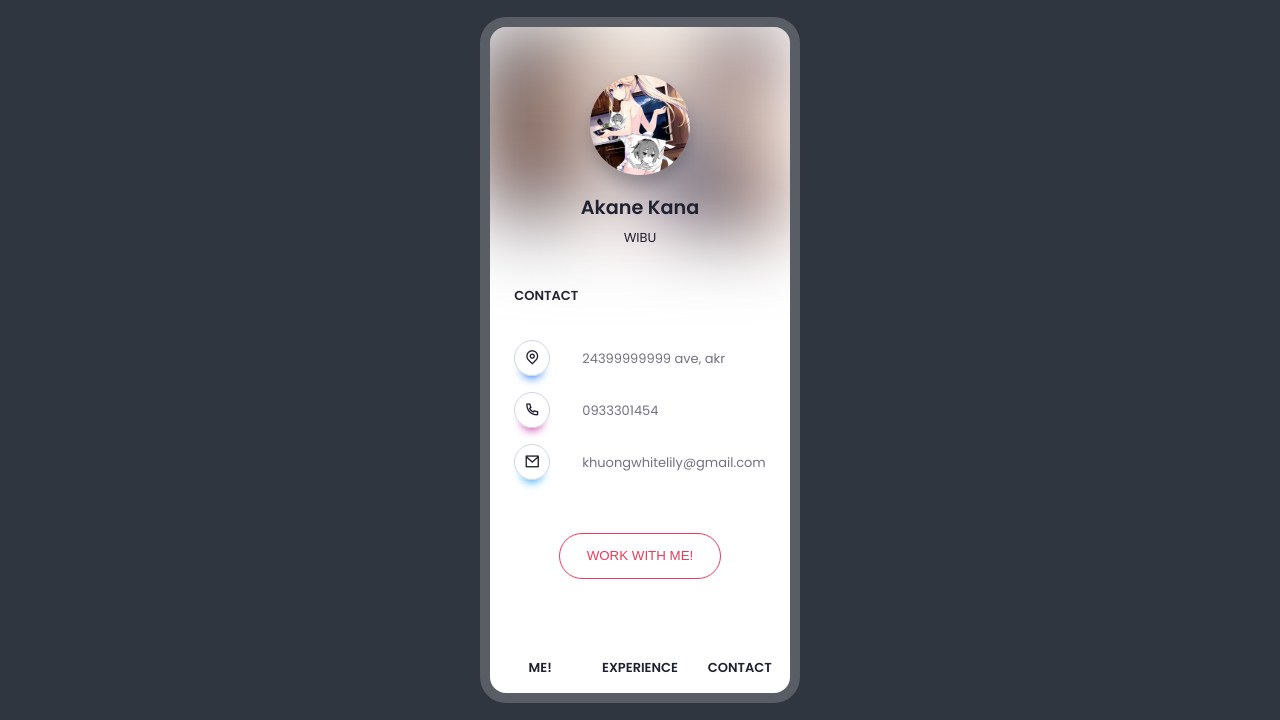
Repository: AkaneKana/AkaneKana
Page: index.html
The author's editor kept a copy of each file at every save. The page is drawn from the files as they stood at one save, then again after a run of saves.
The browser window is 1280 px wide. The pictures show the whole page.
Some web libraries are served in a nearby version.

Above is the page before, as saved 2023-05-19 17:14:47.

### index.html
<!DOCTYPE html>
<html lang="en">
<head>
  <meta charset="UTF-8">
  <meta http-equiv="X-UA-Compatible" content="IE=edge">
  <meta name="viewport" content="width=device-width, initial-scale=1.0">
  <title>Profle Card</title>
  <link rel="stylesheet" href="style.css">
  <link href="https://cdn.jsdelivr.net/npm/remixicon@3.2.0/fonts/remixicon.css" rel="stylesheet">
</head>
<body>
  <div id="page" class="site">
    <div class="container">
      <div class="card">
        <header>
          <div class="thumbnail">
            <img src="assets/image.jpg" alt="">
          </div>
          <div class="meta">
            <h3>Akane Kana</h3>
            <h4>Wibu</h4>
          </div>
        </header>
        <section>
          <div id="me" class="me">
            <h4 class="section-title">About me</h4>
            <p>Lorem ipsum dolor sit amet consectetur, adipisicing elit. Alias numquam in eligendi quibusdam debitis excepturi architecto porro! Qui, iusto aliquam. Est iusto tenetur velit ab iste modi aliquid incidunt ea?</p>
            <div class="socials">
              <ul>
                <li><a href="#"><i class="ri-facebook-fill"></i></a></li>
                <li><a href="#"><i class="ri-discord-fill"></i></a></li>
                <li><a href="#"><i class="ri-github-fill"></i></a></li>
              </ul>
            </div>
          </div>

          <div id="roadmap" class="roadmap">
            <h4 class="section-title">Experiences</h4>
            <input type="checkbox" id="showmore">
            <label for="showmore">
             <span>Show more <i class="ri-arrow-down-s-line"></i></span>
             <span>Show less <i class="ri-arrow-up-s-line"></i></span>
            </label>

            <ul>
              <li>
                <span>2010</span>
                <div class="section-title">Web design</div>
                <p>Lorem ipsum dolor sit amet, consectetur adipisicing elit. Necessitatibus repellendus laudantium a qui perferendis illum, provident eaque delectus eos, molestias rem exercitationem veniam? A illum adipisci id, voluptate odio voluptates!</p>
              </li>
              <li>
                <span>2012</span>
                <div class="section-title">Graphic</div>
                <p>Lorem ipsum dolor sit amet, consectetur adipisicing elit. Necessitatibus repellendus laudantium a qui perferendis illum, provident eaque delectus eos, molestias rem exercitationem veniam? A illum adipisci id, voluptate odio voluptates!</p>
              </li>
              <li>
                <span>2016</span>
                <div class="section-title">Google design</div>
                <p>Lorem ipsum dolor sit amet, consectetur adipisicing elit. Necessitatibus repellendus laudantium a qui perferendis illum, provident eaque delectus eos, molestias rem exercitationem veniam? A illum adipisci id, voluptate odio voluptates!</p>
              </li>
            </ul>
          </div>

          <div id="contact" class="contact active">
            <h4 class="section-title">Contact</h4>
            <div class="socials">
              <ul>
                <li>
                  <a href="#"><i class="ri-map-pin-line"></i></a>
                  <p>24399999999 ave, akr </p>
                </li>
                <li>
                  <a href="https://wa.me/0933301454"><i class="ri-phone-line"></i></a>
                  <p>0933301454</p>
                </li>
                <li>
                  <a href="#mailto:khuongwhitelily@gmail.com"><i class="ri-mail-line"></i></a></a>
                  <p>khuongwhitelily@gmail.com</p>
                </li>
              </ul>
            </div>
            <button>Work with me!</button>
          </div>
        </section>
        <footer>
          <nav>
            <a href="#">Me!</a>
            <a href="#">Experience</a>
            <a href="#">Contact</a>
            <span></span>
          </nav>
        </footer>
      </div>
    </div>
  </div>

  <script src="script.js"></script>
</body>
</html>

### style.css
@import url('https://fonts.googleapis.com/css2?family=Poppins:wght@400;600;800&display=swap');
:root{
  --primary-color: #eb3b5a;
  --white-color: #ffffff;
  --light-color: #ced6e0;
  --grey-color: #737181;
  --dark-color: #202130;

  --shadow: 0 10px 10px -8px;
}

*{
  margin: 0;
  padding: 0;
}

*,::before,::after {
  box-sizing: border-box;
}

body{
  font-family: 'Poppins';
  font-size: 16px;
  font-weight: 400;
  line-height: 1.8;
  color: var(--dark-color);
  background-color: #2f3640;
}

a {
  text-decoration: none;
  color: inherit;
}

ul{
  list-style: none;
}

img{
  max-width: 100%;
  vertical-align: middle;
}

.site{
  display: flex;
  align-items: center;
  justify-content: center;
  height: 100vh;
}

.container{
  max-width: 1024px;
  padding: 0 2em;
  margin: 0 auto;
}

.card{
  max-width: 350px;
  background-color: var(--white-color);
  border-radius: 1em;
  box-shadow: 0 0 0 10px rgb(255 255 255 /20%);
  overflow: hidden;
}

.card header {
  position: relative;
  height: 225px;
  padding-top: 3em;
  margin-bottom: 2em;
}

.card header::before {
  content: '';
  position: absolute;
  top: 0;
  left: 0;
  background: url(assets/image.jpg);
  background-size: cover;
  width: 100%;
  height: 200px;
  z-index: 0;
  filter: blur(40px);
}

.card header > * {
  position: relative;
  left: 50%;
  transform: translateX(-50%);
}

.card header .meta {
  text-align: center;
  margin-top: 1em;
  width: max-content;
}

.card header h3 {
  font-size: 1.2em;
  font-weight: 600;
}

.card header h4 {
  font-size: 0.813em;
  font-weight: 400;
  text-transform: uppercase;
}

.card .thumbnail {
  width: 100px;
  height: 100px;
}

.card .thumbnail img {
  object-fit: cover;
  width: 100%;
  height: 100%;
  border-radius: 50%;
  box-shadow: 0 10px 15px rgb(0 0 0 /20%);
}

.card section {
  padding: 0 1.5em;
}

.card section h4 {
  text-transform: uppercase;
}

.card .section-title {
  font-size: 0.813em;
  font-weight: 600;
  margin-bottom: 0.5em;
}

.card section p {
  font-size: 0.813em;
  color: var(--grey-color);
  margin-bottom: 2em;
}

.card .socials ul {
  display: flex;
  gap: 1em;
}

.card .socials ul li a {
  position: relative;
  width: 36px;
  height: 36px;
  border: 1px solid var(--light-color);
  border-radius: 50%;
  display: flex;
  align-items: center;
  justify-content: center;
  transition: border .3s, color .3s, backgound-color .3s;
}

.card .socials ul li:nth-child(1) a {
  box-shadow: var(--shadow) #1877f2;
}
.card .socials ul li:nth-child(2) a {
  box-shadow: var(--shadow) #c32aa3;
}
.card .socials ul li:nth-child(3) a {
  box-shadow: var(--shadow) #1da1f2;
}

.card .socials ul li:nth-child(1) a:hover {
  background-color: #1877f2;
}
.card .socials ul li:nth-child(2) a:hover {
  background-color: #c32aa3;
}
.card .socials ul li:nth-child(3) a:hover {
  background-color: #1da1f2;
}

.card .socials ul li a:hover {
  border-color: transparent;
  color: var(--white-color);
}

.card footer nav {
  position: relative;
  display: flex;
  justify-content: space-between;
  width: 100%;
  height: 50px;
  margin-top: 4em;
}

.card footer nav a {
  position: relative;
  font-size: 0.813em;
  font-weight: 600;
  text-transform: uppercase;
  width: 100%;
  height: 100%;
  display: flex;
  align-items: center;
  justify-content: center;
  z-index: 10;
}

.card footer nav span {
  position: absolute;
  top: 10px;
  left: 0;
  width: 33.3333%;
  height: 30px;
  background: linear-gradient(135deg, #03001e #7303c0 #ec38bc, #fdeff9);
  filter: blur(15px);
  transition: left .3s;
}

.card footer nav a.active {
  color: var(--white-color);
}

.card footer nav a.active:nth-child(2) ~ span {
  left: 33.3333%;
}

.card footer nav a.active:nth-child(3) ~ span {
  left: calc(33.3333% * 2);
}

section > div {
  display: none;
}
section > div.active {
  display: block;
}

/*roadmap*/
.card .roadmap {
  position: relative;
  overflow: hidden;
}
.card .roadmap ul {
  margin-top: 2em;
  height: 325px;
  padding-bottom: 2em;
  transition: height .3s;
}
.card .roadmap ul li {
  position: relative;
  padding-left: 50px;
  min-height: 90px;
  margin-bottom: 1em;
  line-height: normal;
}

.card .roadmap ul li::before {
  content: '';
  position: absolute;
  top: 4px;
  left: 7px;
  width: 13px;
  height: 13px;
  background-color: var(--primary-color);
  border-radius: 50%;
  box-shadow: 0 3px 10px 0 var(--primary-color);
}

.card .roadmap ul li span {
  position: absolute;
  top: 26px;
  left: 3px;
  writing-mode: vertical-lr;
  text-orientation: upright;
  font-size: 0.813em;
  font-weight: 600;
  color: var(--grey-color);
  letter-spacing: -8px;
}

.card .roadmap input {
  display: none;
}

.card .roadmap label {
  position: absolute;
  bottom: 0;
  left: 0;
  right: 0;
  height: 100px;
  cursor: pointer;
  z-index: 10;
}

.card .roadmap label::before {
  content: '';
  position: absolute;
  top: 0;
  left: 0;
  width: 100%;
  height: 100%;
  background: linear-gradient(0deg, var(--white-color) 40%, rgba(255, 255, 255, 0) 100%);
  z-index: -1;
}

.card .roadmap label span {
  font-size: 0.813em;
  display: flex;
  justify-content: center;
  gap: 5px;
  height: 100%;
  align-items: flex-end;
}

.card .roadmap label span:last-child,
.card .roadmap input:checked ~label span:first-child {
  display: none;
}

.card .roadmap input:checked ~label span:last-child {
  display: flex;
}

.card .roadmap input:checked ~ ul {
  overflow: auto;
  height: 450px;
  padding-bottom: 4em;
}

/*contact*/
.card .contact ul {
  flex-direction: column;
  margin-top: 2em;
}

.card .contact ul li {
  display: flex;
  align-self: flex-start;
  gap: 2em;
}

.card .contact ul li p {
  margin: 0.75em 0 0;
  line-height: normal;
}

.card .contact .socials il li a {
  box-shadow: none;
}

.card .contact .socials il li a:hover {
  background-color: var(--primary-color);
}

.card .contact button {
  border: 1px solid var(--primary-color);
  outline: 0;
  background-color: var(--white-color);
  color: var(--primary-color);
  height: 46px;
  padding: 0 2em;
  border-radius: 30px;
  text-transform: uppercase;
  width: fit-content;
  display: block;
  margin: 4em auto;
  cursor: pointer;


}

Loaded but not shown: script.js (no copy from this time; the picture is the same without it)

After the next 5 saves:
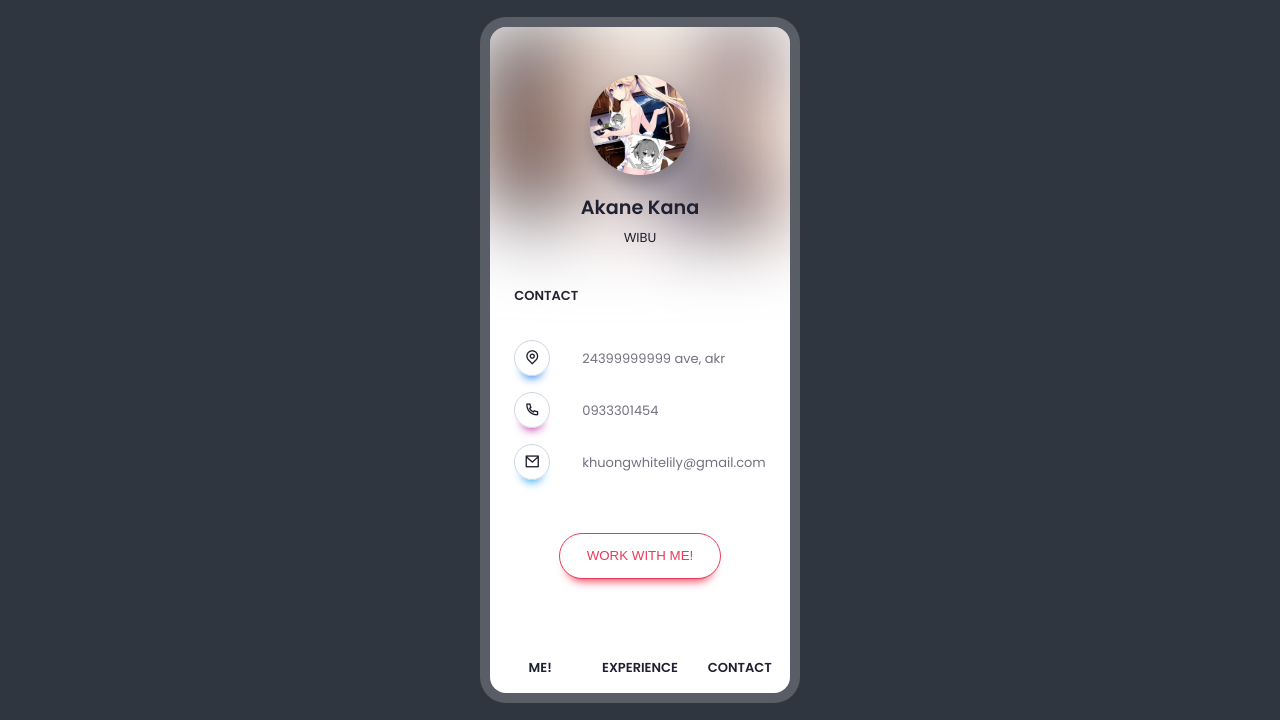
The 5 saves are shown as one change because they came seconds apart.
The last was saved 12 s later.
--- a/style.css
+++ b/style.css
@@ -362,6 +362,6 @@ section > div.active {
   display: block;
   margin: 4em auto;
   cursor: pointer;
-
-
-}
+  box-shadow: var(--shadow);
+
+}
